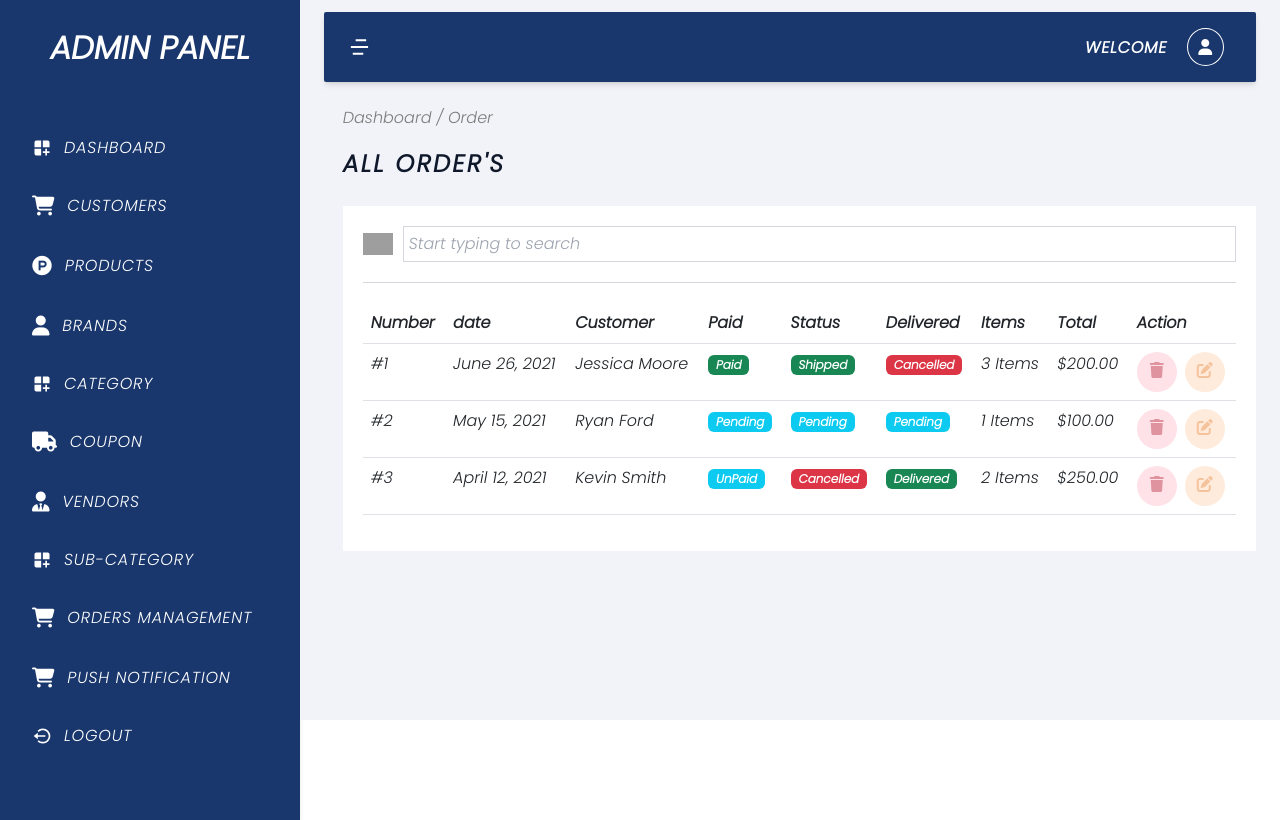
Repository: FlyweisReact/AnilAdminPanel
Page: /E-commerce/Admin/Orders
These files come from the project's save history. The page is drawn as it stood at one moment and after a run of saves; the edit follows.
The browser window is 1280 px wide. The pictures show the whole page.
Pictures or frames that could not be fetched are drawn as grey boxes. The page's requests for data from a server got no answer. Some web libraries are served in a nearby version. The project was rebuilt for these pictures with package versions that can differ from the ones it lists, and the page was loaded fresh each time. No one was signed in, and anything a server would have sent is missing. Also part of the build but not shown: src/E-CommerceAdmin/forms/Login.jsx, src/E-CommerceAdmin/pages/Dashboard.jsx, src/E-CommerceAdmin/pages/ECategory.js, src/E-CommerceAdmin/pages/EProduct.js, src/E-CommerceVendor/forms/EVendorLogin.jsx, src/E-CommerceAdmin/pages/EVendorList.js, src/E-CommerceAdmin/pages/EAdminProduct.js, src/E-CommerceAdmin/pages/EAdminDelivery.js and 5 more. Imported but missing from the stored project, and not drawn on this page: src/E-CommerceVendor/pages/EVCategory, src/E-CommerceVendor/pages/EVDashboard, src/E-CommerceVendor/pages/EVOrders, src/E-CommerceVendor/pages/EVProduct, src/E-CommerceVendor/pages/EVSubCategory.

Above is the page before, as saved 2023-05-03 16:00:47.

After the next 7 saves:
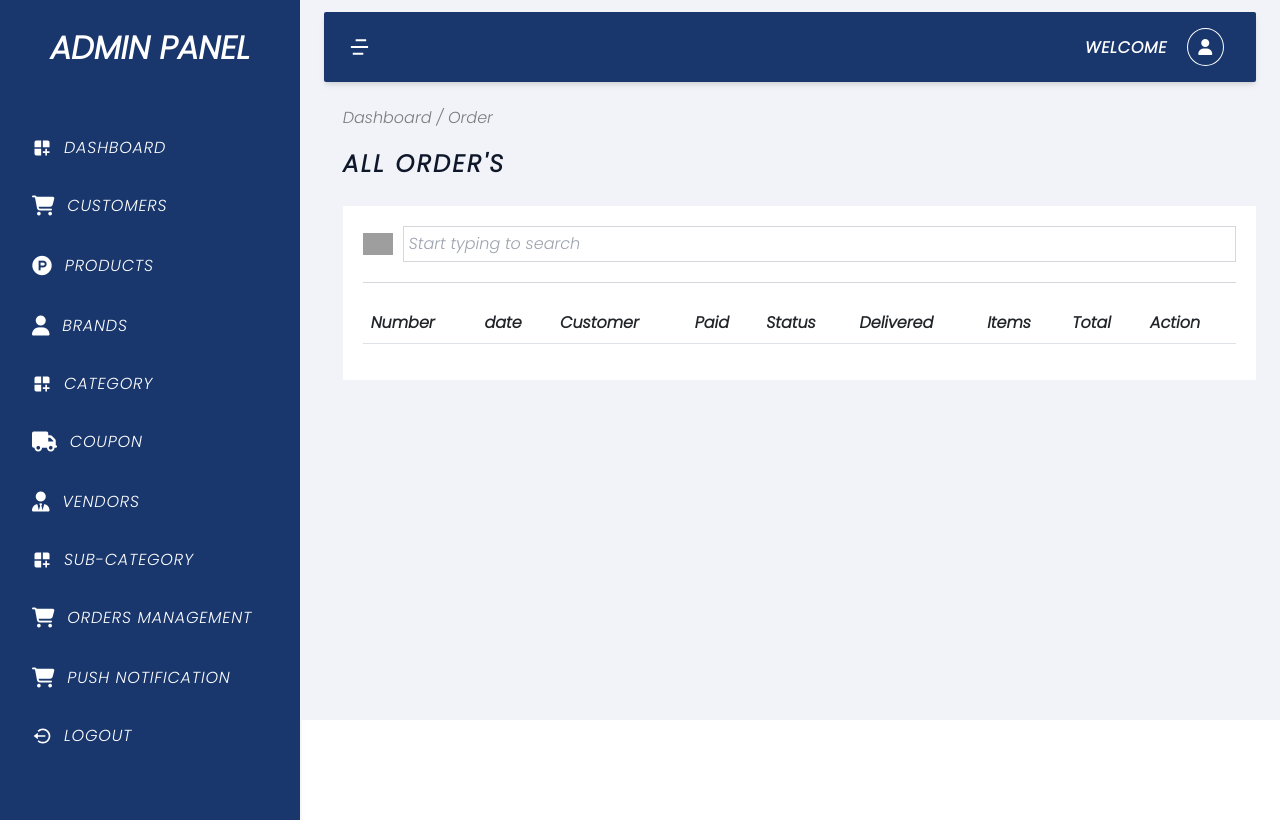
The 7 saves are shown as one change because 3 did not build or start and some came seconds apart.
The last was saved 55 s later.
--- a/src/E-CommerceAdmin/pages/EAdminOrders.js
+++ b/src/E-CommerceAdmin/pages/EAdminOrders.js
@@ -92,6 +92,7 @@ const EAdminOrders = () => {
             </tr>
           </thead>
           <tbody>
+          {data?.data?.map((i , index) => (
             <tr>
               <td> #1 </td>
               <td> June 26, 2021 </td>
@@ -119,61 +120,11 @@ const EAdminOrders = () => {
                 </span>
               </td>
             </tr>
+          ))}
 
-            <tr>
-              <td> #2 </td>
-              <td> May 15, 2021 </td>
-              <td> Ryan Ford </td>
-              <td>
-                <Badge bg="info">Pending</Badge>{" "}
-              </td>
-              <td>
-                <Badge bg="info">Pending</Badge>{" "}
-              </td>
-              <td>
-                <Badge bg="info">Pending</Badge>{" "}
-              </td>
-              <td>1 Items </td>
-              <td>$100.00 </td>
-              <td>
-              <span className="d-flex gap-2">
-                  <i className="fa-solid fa-trash"></i>
-                  <i
-                        class="fa-solid fa-pen-to-square"
-                        onClick={() => {
-                          setModalShow(true);
-                        }}
-                      ></i>
-                </span>
-              </td>
-            </tr>
-            <tr>
-              <td> #3 </td>
-              <td> April 12, 2021 </td>
-              <td> Kevin Smith </td>
-              <td>
-                <Badge bg="info">UnPaid</Badge>{" "}
-              </td>
-              <td>
-                <Badge bg="danger">Cancelled</Badge>{" "}
-              </td>
-              <td>
-                <Badge bg="success">Delivered</Badge>{" "}
-              </td>
-              <td>2 Items </td>
-              <td>$250.00 </td>
-              <td>
-              <span className="d-flex gap-2">
-                  <i className="fa-solid fa-trash"></i>
-                  <i
-                        class="fa-solid fa-pen-to-square"
-                        onClick={() => {
-                          setModalShow(true);
-                        }}
-                      ></i>
-                </span>
-              </td>
-            </tr>
+
+
+
           </tbody>
         </Table>
         </div>
